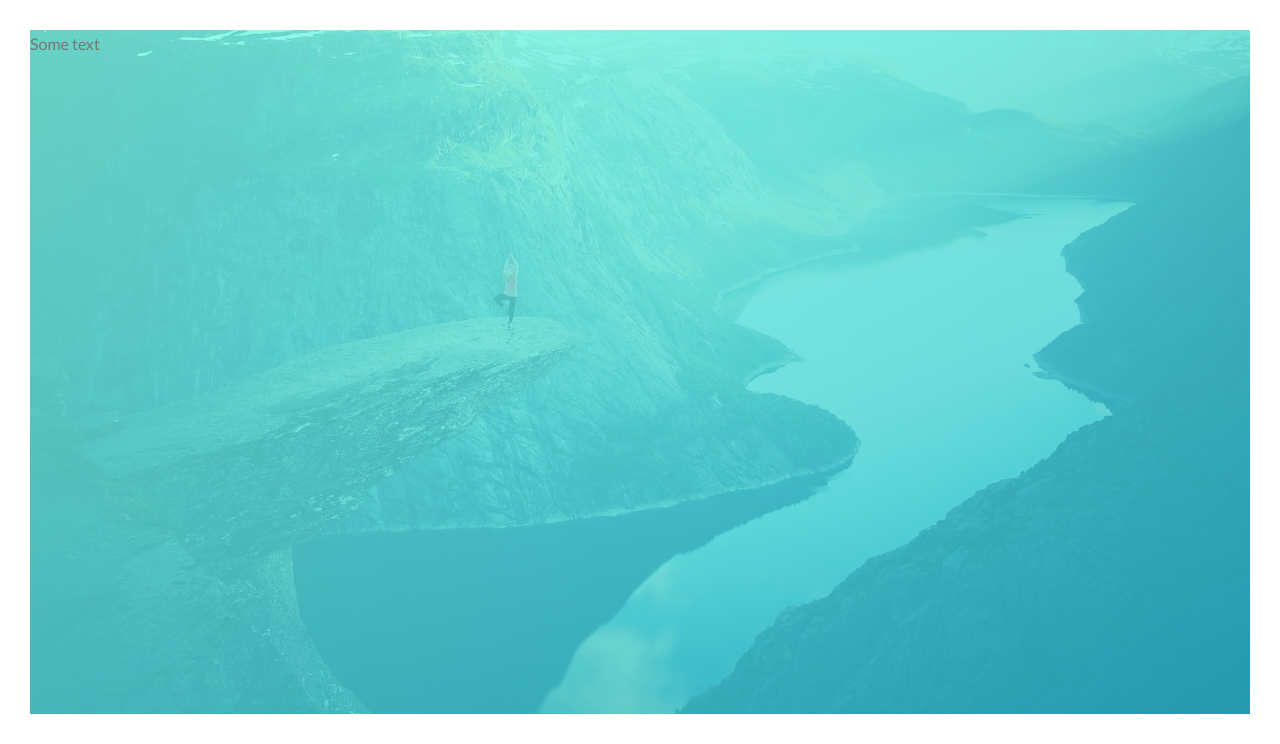
Repository: haokiet2501/natours-page
Page: index.html
These files come from the project's save history. The page is drawn as it stood at one moment and after a run of saves; the edit follows.
The browser window is 1280 px wide. The pictures show the whole page.

Above is the page before, as saved 2022-07-31 16:49:56.

### index.html
<!DOCTYPE html>
<html lang="en">
<head>
    <meta charset="UTF-8">
    <meta http-equiv="X-UA-Compatible" content="IE=edge">
    <meta name="viewport" content="width=device-width, initial-scale=1.0">
    <link rel="shortcut icon" href="img/favicon.png" type="image/x-icon">
    <link rel="stylesheet" href="styles.css">
    <title>Natours</title>
</head>
<body>
    <header class="header">
        Some text
    </header>
</body>
</html>

### styles.css
@import url('https://fonts.googleapis.com/css2?family=Lato:wght@300;400;700;900&display=swap');

* {
    margin: 0;
    padding: 0;
    box-sizing: border-box;
}

:root {
    --lighten-blue: #69ffd7;
    --medium-blue: #3badd4;
    --dark-blue: #1b92c2;
}

body {
    font-family: "Lato", sans-serif;
    line-height: 1.7;
    font-weight: 400;
    font-size: 16px;
    color: #777;
    padding: 30px;
}

html {
    scroll-behavior: smooth;
}

.header {
    height: 95vh;
    background-image: linear-gradient(
        to right bottom,
        rgba(126, 255, 232, 0.8),
        rgba(40, 187, 208, 0.8)
        ) ,url("./img/hero.jpg");
    background-size: cover;
    background-position: top;

}

After the next 5 saves:
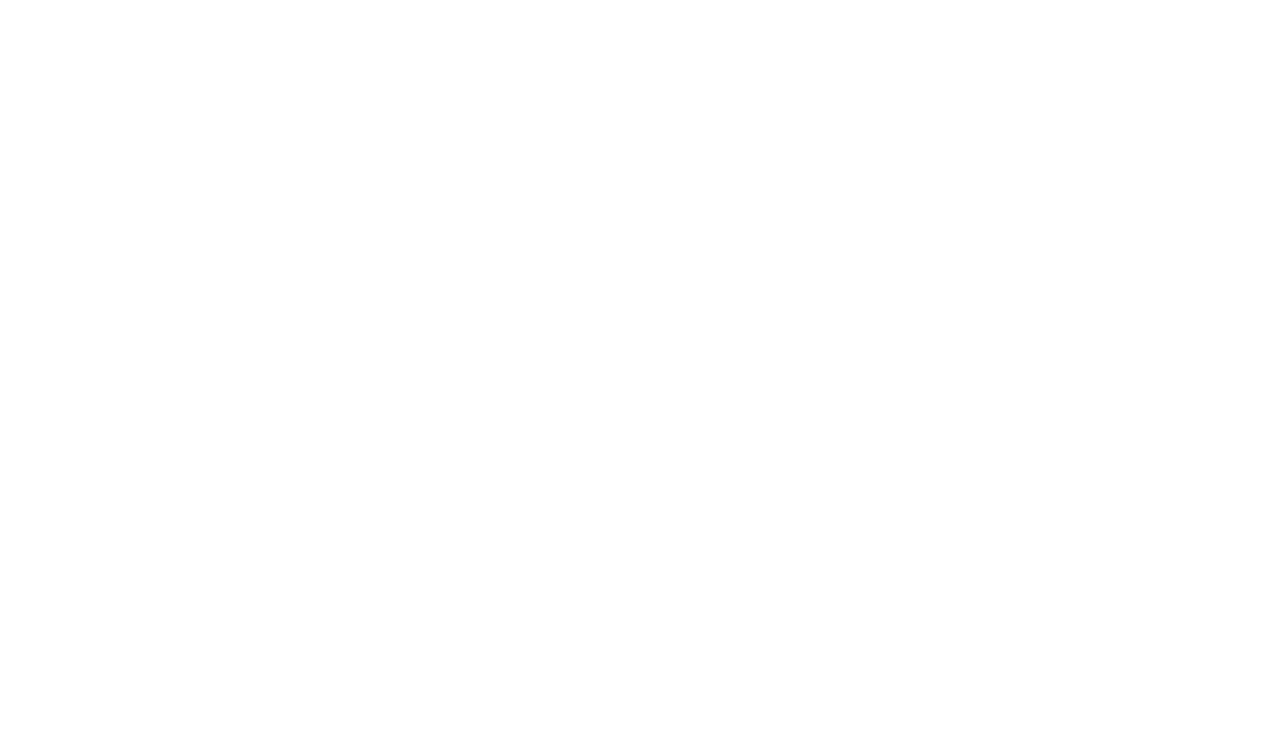
The 5 saves are shown as one change because they came seconds apart.
The last was saved 36 s later.
--- a/styles.css
+++ b/styles.css
@@ -34,5 +34,5 @@
         ) ,url("./img/hero.jpg");
     background-size: cover;
     background-position: top;
-
+    clip-path: polygon(0 0, 100% 0);
 }

After the 2 saves that followed:
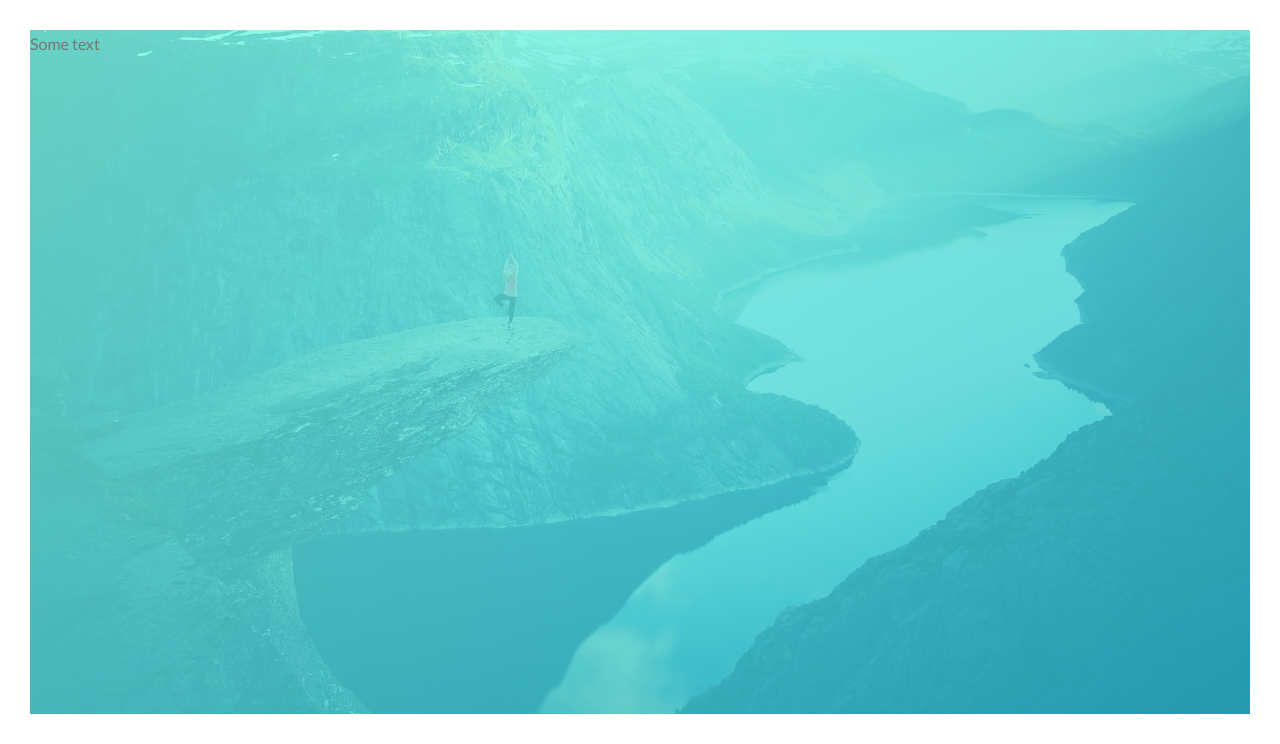
The 2 saves are shown as one change because they came seconds apart.
The last was saved 7 s later.
--- a/styles.css
+++ b/styles.css
@@ -34,5 +34,5 @@
         ) ,url("./img/hero.jpg");
     background-size: cover;
     background-position: top;
-    clip-path: polygon(0 0, 100% 0);
+    clip-path: polygon(0 0, 100% 0, );
 }
